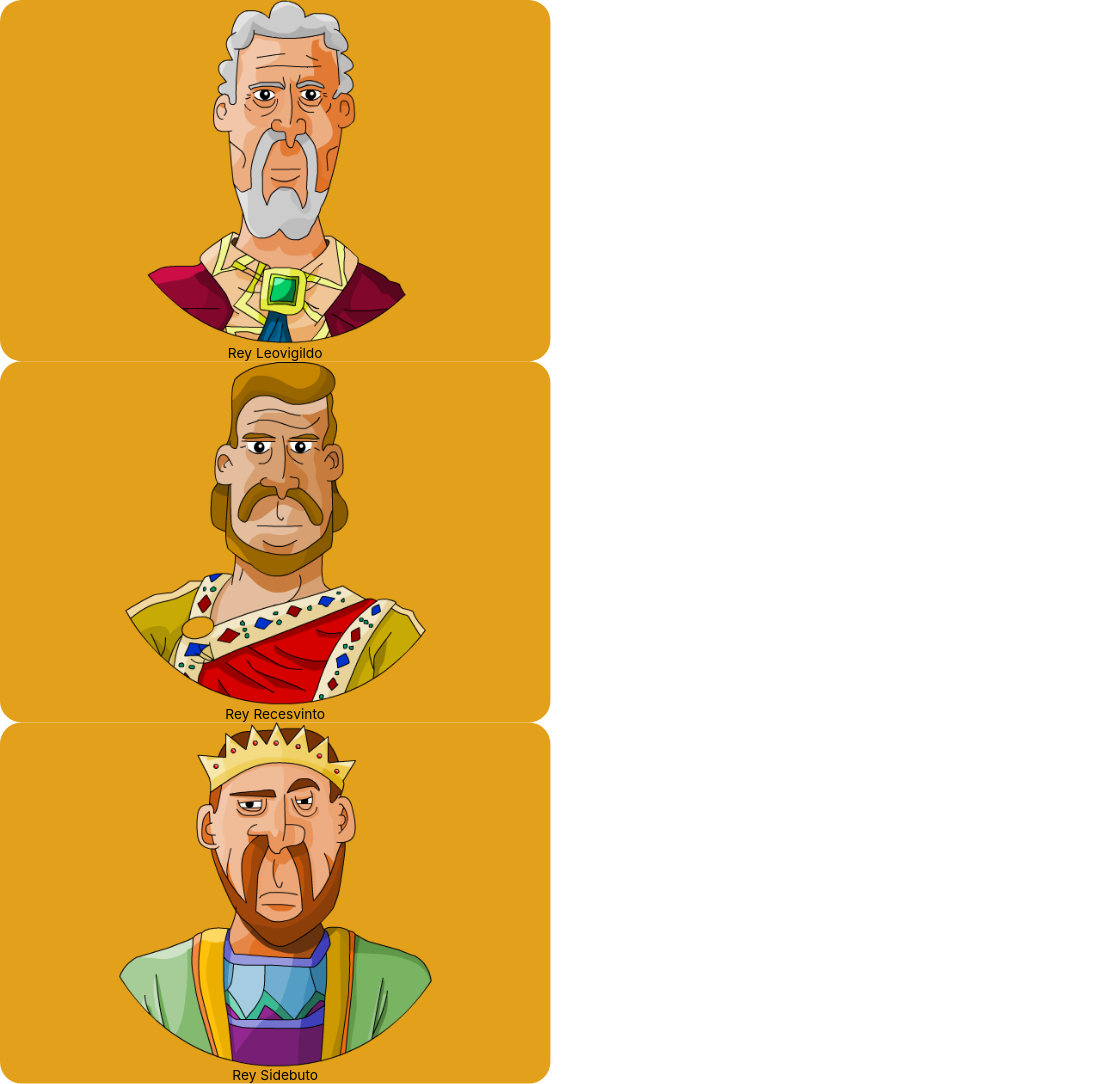
Repository: abgdev1997/ejercicios-react
Page: /
An editor plug-in stored every save of this project. The page is shown before and after the next save, followed by the edit.
The browser window is 1280 px wide. The pictures show the whole page, at 86% of full size.
The project was rebuilt for these pictures with package versions that can differ from the ones it lists, and the page was loaded fresh each time.

Above is the page before, as saved 2022-02-22 09:45:13.

After the next save:
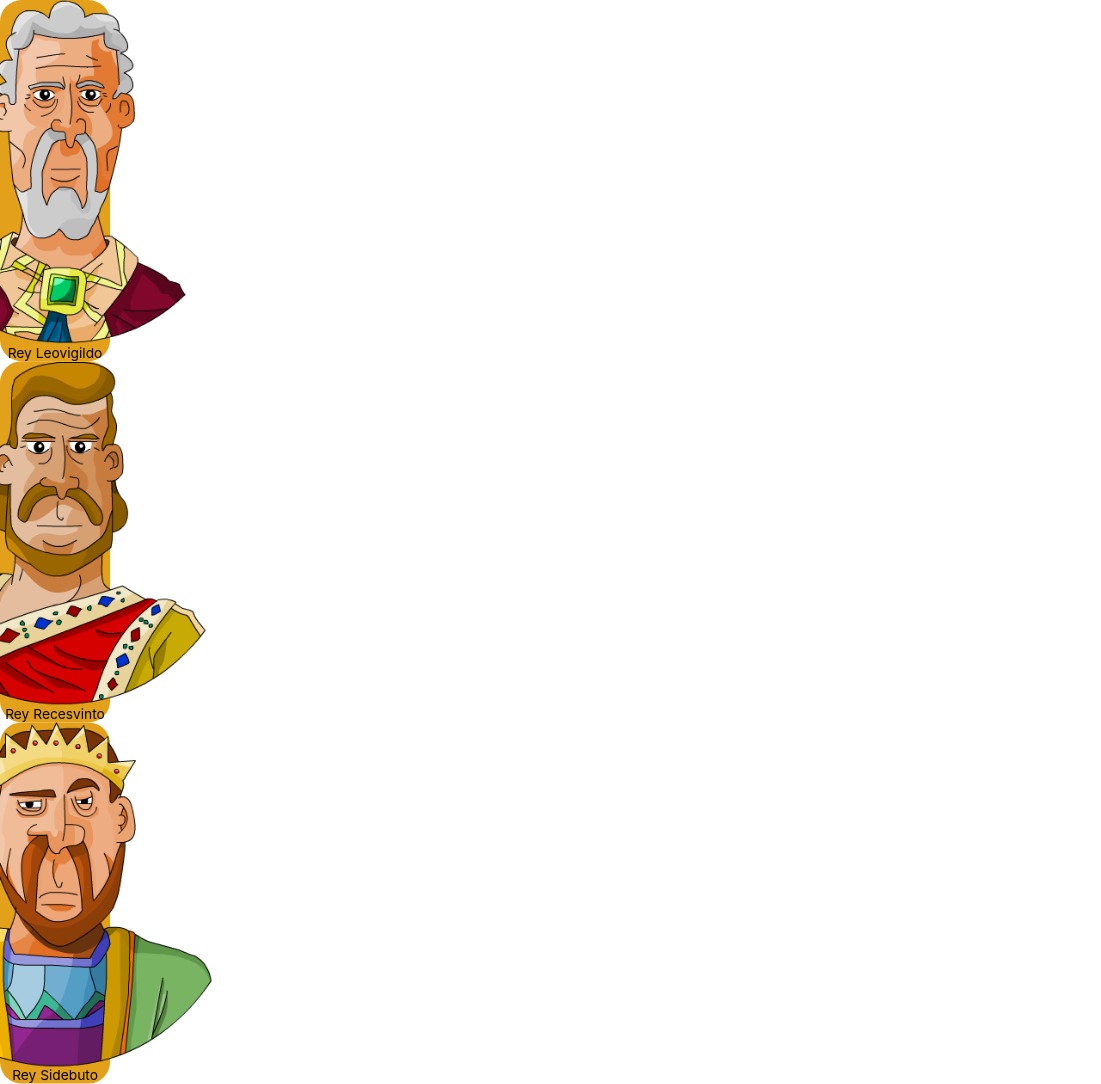
Saved 12 s later.
--- a/src/App.css
+++ b/src/App.css
@@ -8,5 +8,5 @@
   display:flex;
   flex-direction: column;
   align-items:center;
-  width: 50%;
+  width: 10%;
 }
